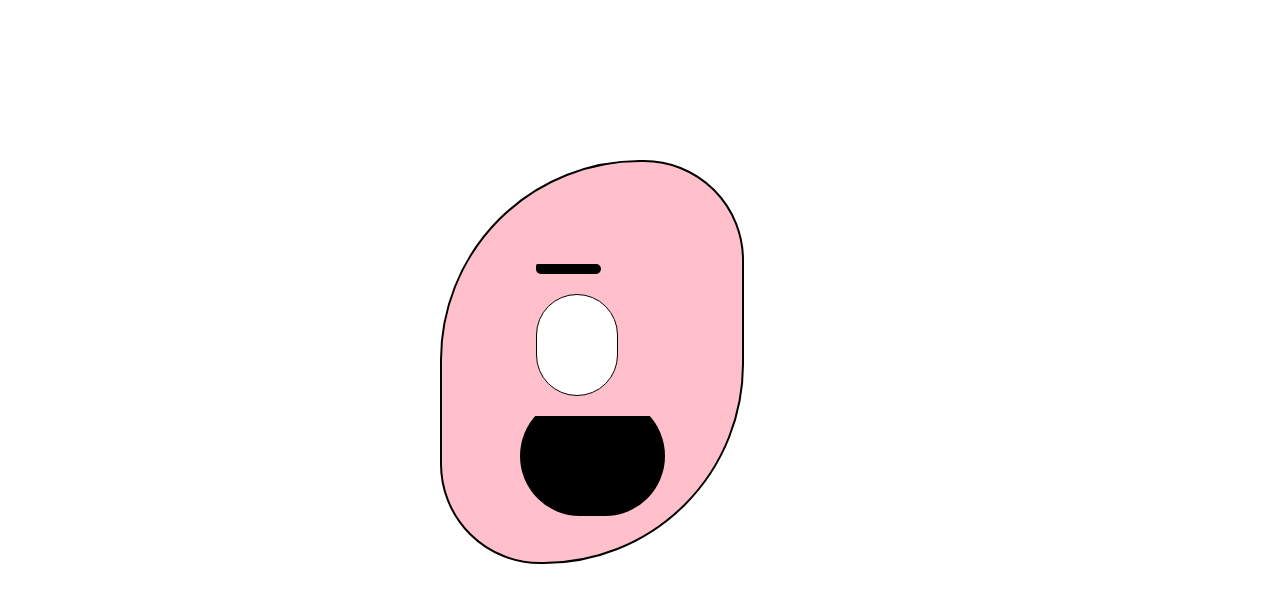
Repository: rodwestmoreland/1150
Page: cssCritter/index.html
These files come from the project's save history. The page is drawn as it stood at one moment and after the next save; the edit follows.
The browser window is 1280 px wide. The pictures show the whole page.

Above is the page before, as saved 2021-01-25 20:10:34.

### cssCritter/index.html
<!DOCTYPE html>
<html lang="en">
<head>
    <meta charset="UTF-8">
    <meta name="viewport" content="width=device-width, initial-scale=1.0">
    <link rel="stylesheet" href="style.css">
    <title>Welcome to SD 761</title>
</head>
<body>
    <div class="wrapper">
        <div class="object">  <div class="face"></div>
        <div class="left-eyebrow"></div>
          <div class="left-eye"></div>
          <div class="mouth"></div>
      </div>

</body>
</html>

### cssCritter/style.css
.wrapper{
    position: absolute;
     top: 50%;
   margin-top:-200px;
     left: 50%;
   margin: -200px 0 0 -200px;
 }

 .face{
   width: 300px;
   height: 400px;
   border: solid 2px #000;
   background-color: pink;
   border-radius: 200px 100px;
   z-index: -1;
 }


 .left-eye{
   width: 80px;
   height: 100px;
   border: solid 1px #000;
   background-color: #fff;
   border-radius: 90px;
   margin-top: 20px;
   margin-left: 6em;
   z-index: 10;
 }
 .left-eyebrow{
   width: 65px;
   height: 10px;
   background-color: #000;
   top: 50%;
   margin-top: -300px;
   margin-left: 6em;
   border-radius: 30px 80px 90px;
   z-index: 1;
 }
 .mouth{
    border-top: none;
    border-right: none;
    border-left: none;
    border-bottom: 100px solid #000;
    -webkit-border-radius: 100px;
    border-radius: 100px;
    height: 20px;
    width: 145px;
    margin: 0px auto 0;

 }

After the next save:
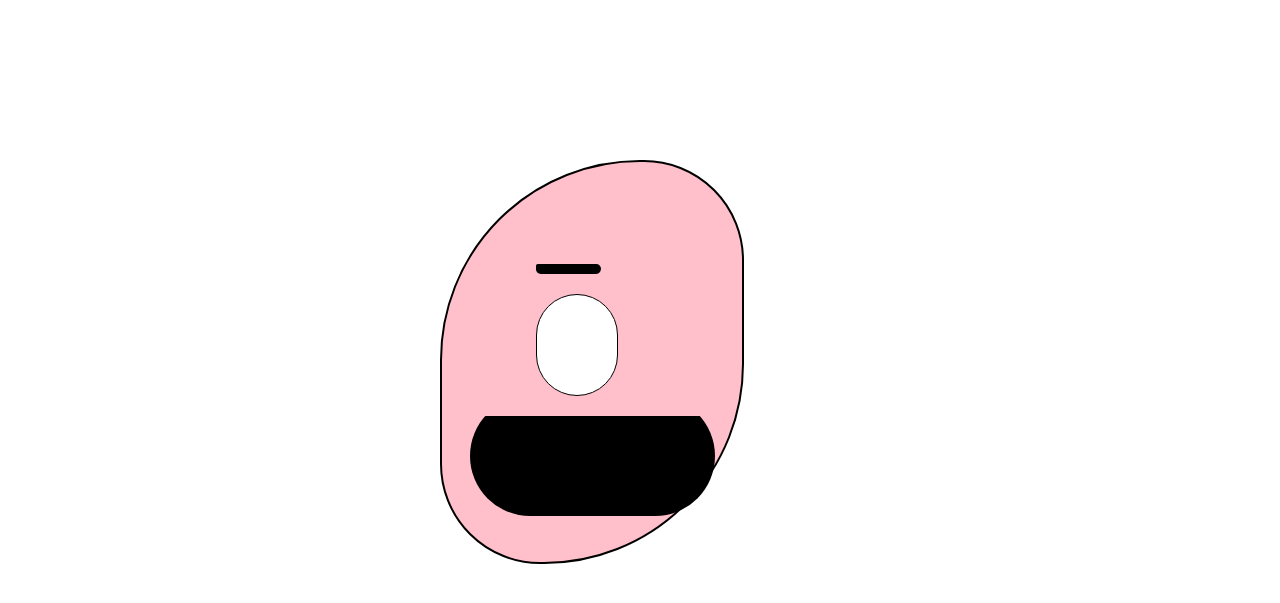
Saved 17 s later.
--- a/cssCritter/style.css
+++ b/cssCritter/style.css
@@ -44,7 +44,7 @@
     -webkit-border-radius: 100px;
     border-radius: 100px;
     height: 20px;
-    width: 145px;
+    width: 245px;
     margin: 0px auto 0;
 
  }
